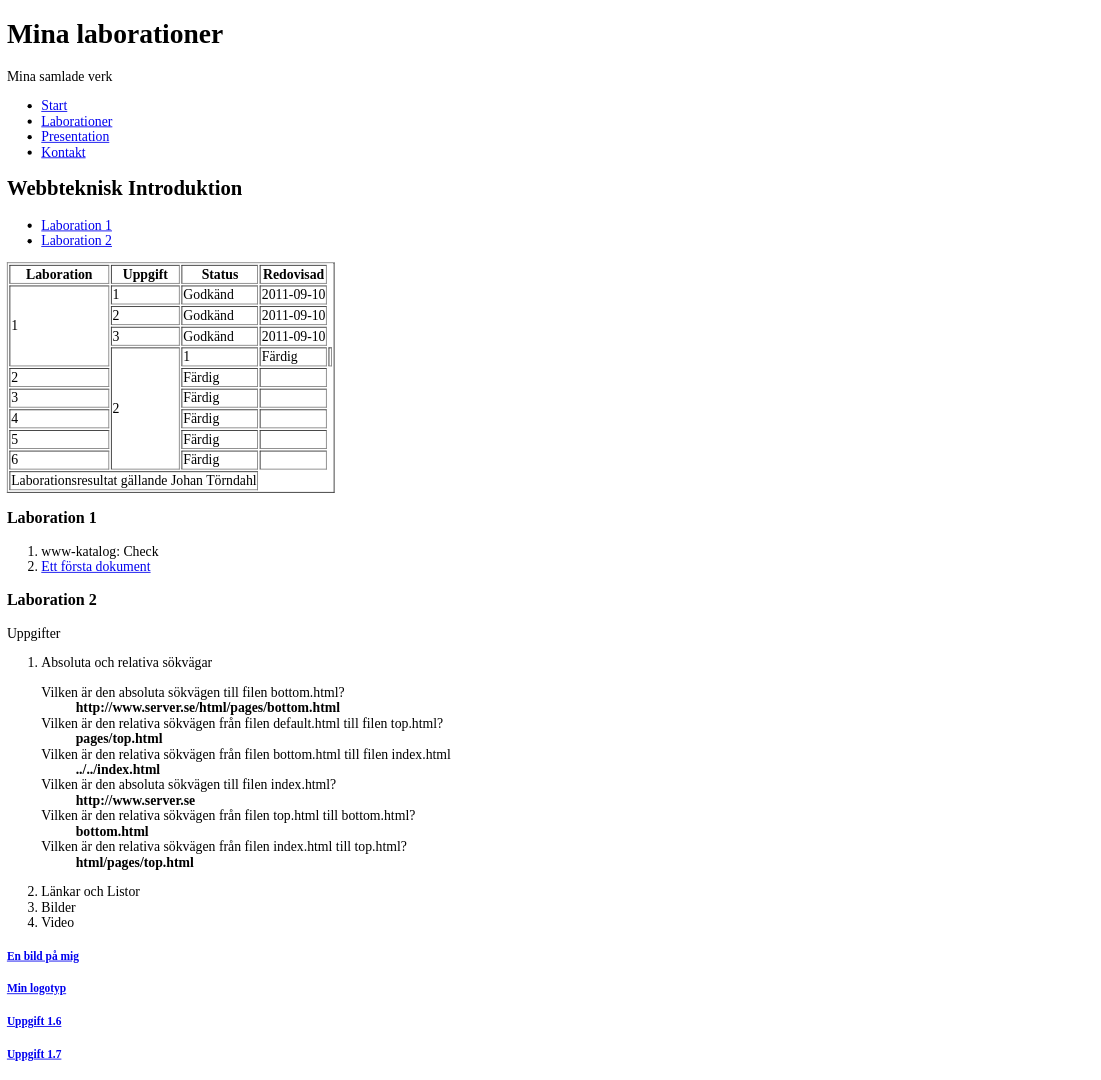
Repository: jt222ia/1ik415-jt222ia-laborationer
Page: pages/laborationer.html
The author's editor kept a record of every edit. The page is drawn from the files as they stood at one moment, then again after the next edit.
The browser window is 1280 px wide. The pictures show the whole page, at 86% of full size.

Above is the page before.

After the next edit:
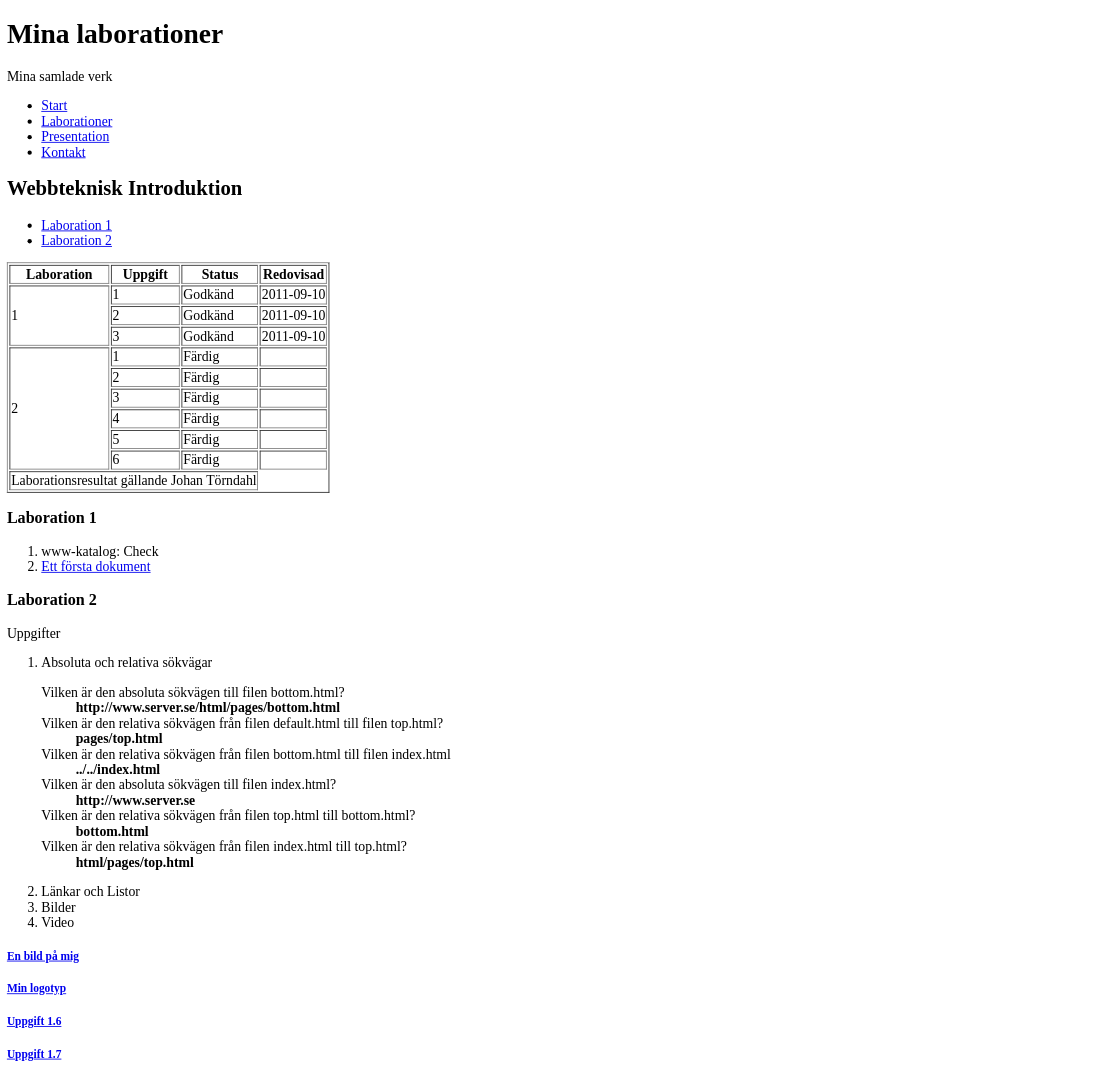
The edit:
--- a/pages/laborationer.html
+++ b/pages/laborationer.html
@@ -39,7 +39,7 @@
             </tfoot>
             <tbody>
                 <tr>
-                    <td rowspan="4">1</td>
+                    <td rowspan="3">1</td>
                     <td>1</td>
                     <td>Godkänd</td>
                     <td>2011-09-10</td>
